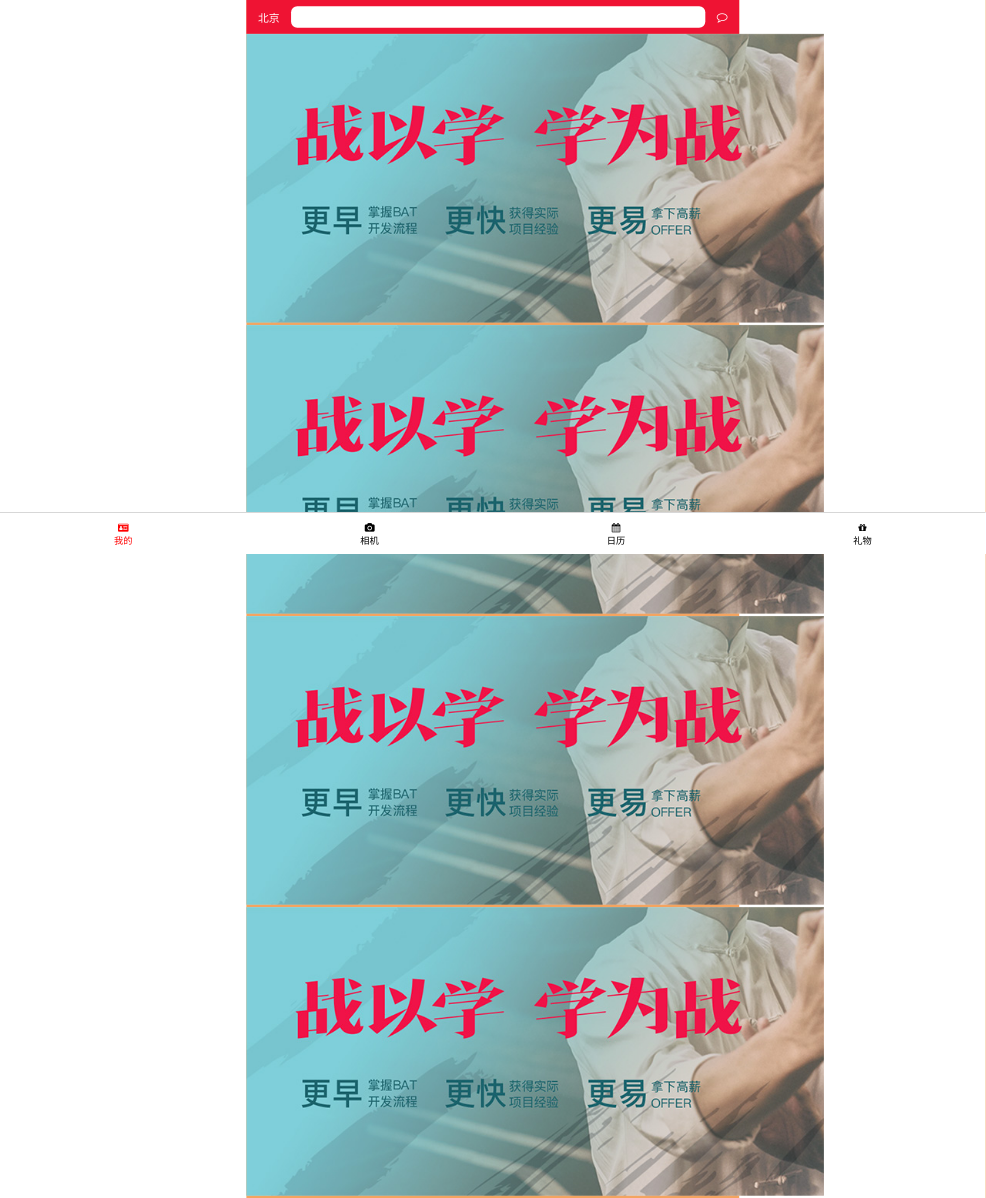
Repository: zhenzhen-gong/flextContent
Page: index.html
An editor plug-in stored every save of this project. The page is shown before and after the next save, followed by the edit.
The browser window is 1280 px wide. The pictures show the whole page, at 77% of full size.

Above is the page before, as saved 2020-06-18 17:37:38.

### index.html
<!DOCTYPE html>
<html lang="en">
<head>
    <meta charset="UTF-8">
    <meta name="viewport" content="width=device-width, initial-scale=1.0">
    <title>移动端响应式小项目</title>
    <link rel="stylesheet" href="css/style.css">
    <link rel="stylesheet" href="css/font-awesome/css/font-awesome.min.css">
    <script src="http://cdn.bootcss.com/jquery/1.12.4/jquery.js"></script>
    <script src="script.js"></script>
</head>
<body>
    <div class="Tbox">
        <header>
            <a href="#" class="left-address">北京</a>
            <input class="middle-form" name="search">
            <a href="#" class="right-message">
                <i class="fa fa-comment-o"></i>
            </a>
        </header>
        <section>
            <div class="imgBox">
                <div><img src="img/banner1.jpg" alt="图片加载失败"></div>
                <div><img src="img/banner1.jpg" alt="图片加载失败"></div>
                <div><img src="img/banner1.jpg" alt="图片加载失败"></div>
                <div><img src="img/banner1.jpg" alt="图片加载失败"></div>

            </div>
            <div class="imgCircle">
                <span></span>
                <span></span>
                <span></span>
                <span></span>
            </div>
        </section>
    </div>
    <footer>
        <div class="active">
            <a href="#" class="active">
                <i class="fa fa-id-card"></i>
            </a>
            我的
        </div>
        <div>
            <a href="#">
                <i class="fa fa-camera"></i>
            </a>
            相机
        </div>
        <div>
            <a href="#">
                <i class="fa fa-calendar"></i>
            </a>
            日历
        </div>
        <div>
            <a href="#">
                <i class="fa fa-gift"></i>
            </a>
            礼物
        </div>
    </footer>
</body>
</html>

### css/style.css
/* css初始化 */
*{
    margin: 0;
    padding: 0;
    border: none;
}
body{
    font-size: 14px;
    font-family: 'Franklin Gothic Medium', 'Arial Narrow', Arial, sans-serif;
}
a{
    text-decoration: none;
    color: black;
}
/* 正文部分 */
.Tbox{
    width: 640px;
    position: absolute;
    left: 0;
    right: 0;
    margin: 0 auto;
    background: sandybrown;
}
.Tbox>header{
   height: 44px;
   padding: 0 15px;
   background: #ef1333;
   display: flex;
   align-items: center;
}
.Tbox>header>a.left-address{
    margin-right: 15px;
    color: #ffffff;
}
.Tbox>header>input.middle-form{
   flex: 1;
   box-sizing: border-box;
   height: 28px;
   border-radius: 8px;
   border: none;
}
.Tbox>header>a.right-message{
    margin-left: 15px;
    color: #ffffff;
}

/* 页脚部分 */
footer{
    position: fixed;
    bottom: 0;
    height: 54px;
    width: 100%;
    font-size: 12px;
    display: flex;
    align-items: center;
    text-align: center;
    background: #ffffff;;
    border-top: 1px solid #cccccc;
}
footer>div{
    flex: 1;
}
footer>div.active{
    color: red;
}
footer>div>a{
    display: block;
}
footer>div>a.active{
    color: red;
}

### script.js
window.onload = function () {





}

Loaded but not shown: css/font-awesome/css/font-awesome.min.css (library)

After the next save:
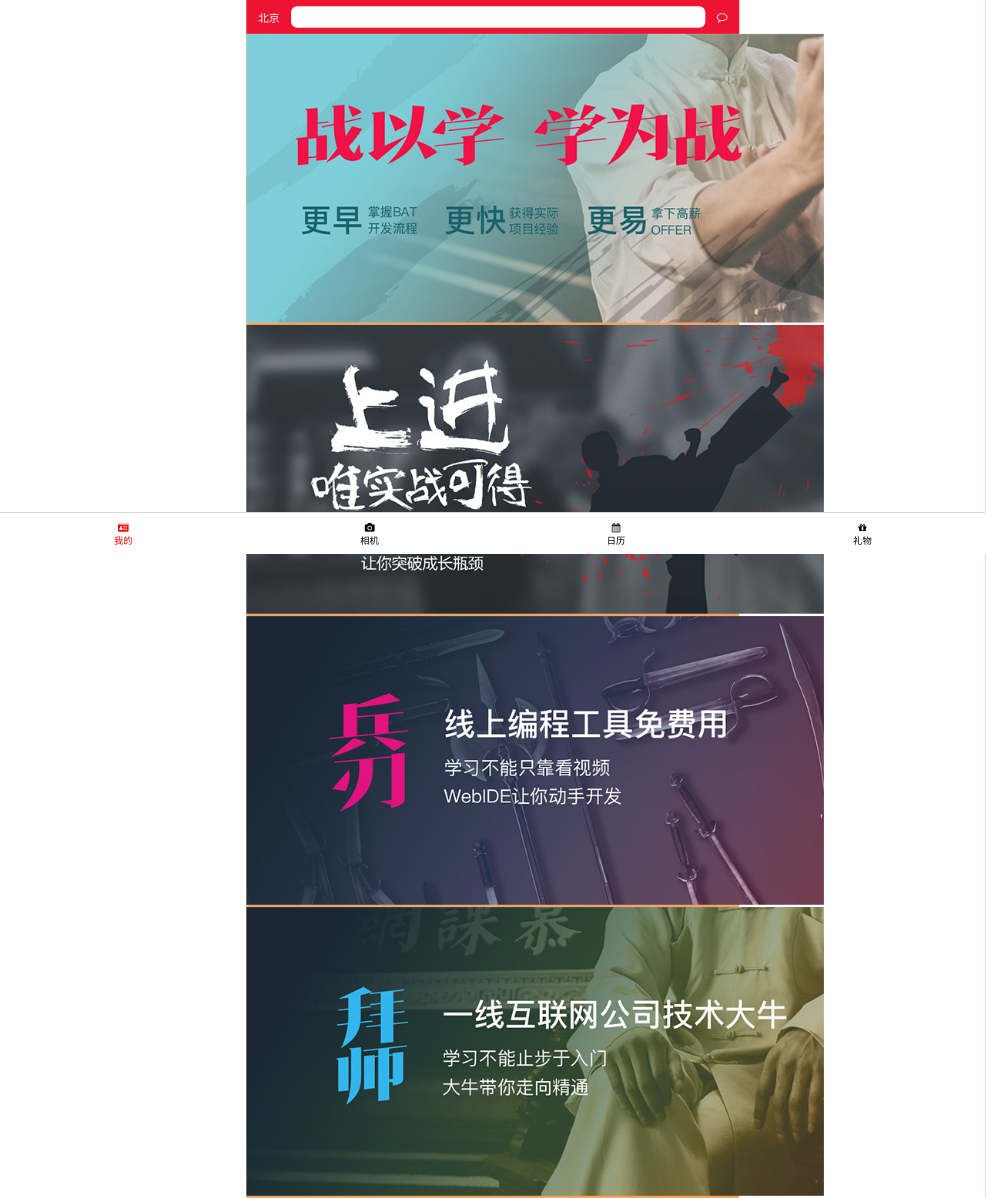
Saved 34 s later.
--- a/index.html
+++ b/index.html
@@ -21,9 +21,9 @@
         <section>
             <div class="imgBox">
                 <div><img src="img/banner1.jpg" alt="图片加载失败"></div>
-                <div><img src="img/banner1.jpg" alt="图片加载失败"></div>
-                <div><img src="img/banner1.jpg" alt="图片加载失败"></div>
-                <div><img src="img/banner1.jpg" alt="图片加载失败"></div>
+                <div><img src="img/banner2.jpg" alt="图片加载失败"></div>
+                <div><img src="img/banner3.jpg" alt="图片加载失败"></div>
+                <div><img src="img/banner4.jpg" alt="图片加载失败"></div>
 
             </div>
             <div class="imgCircle">
